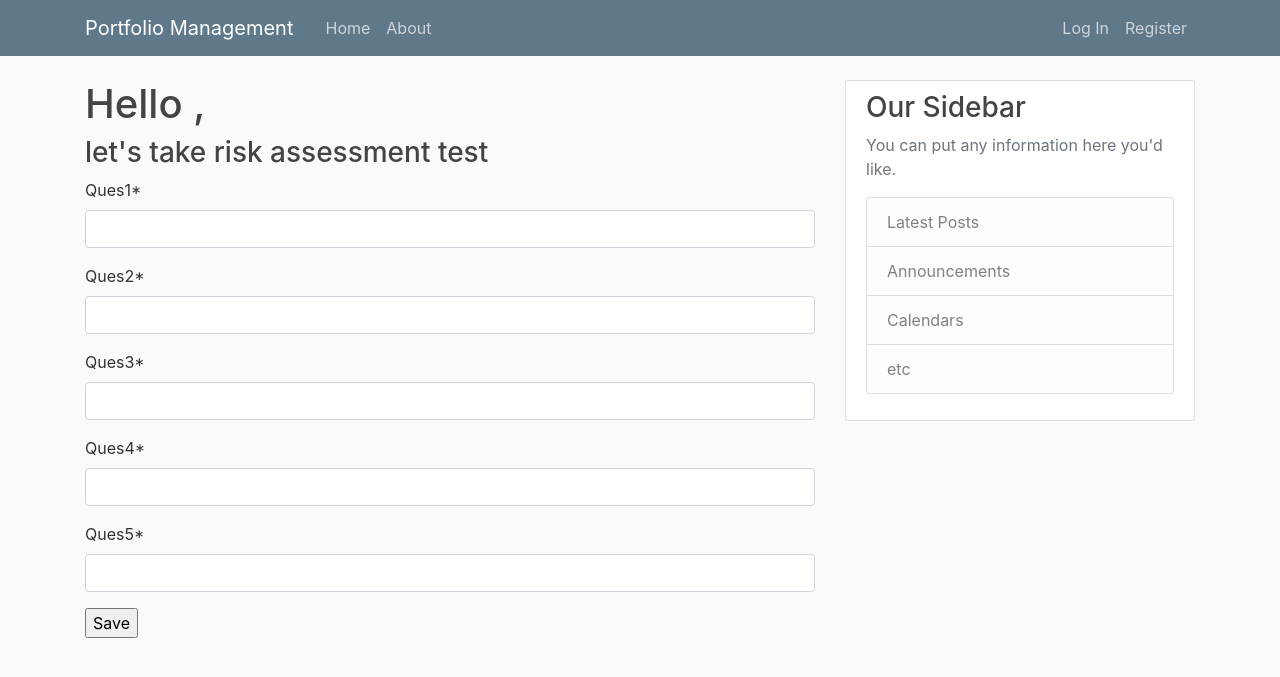
Repository: rahulsolankib/portfolio
Page: http://localhost/questions/
An editor plug-in stored every save of this project. The page is shown before and after a run of saves, followed by the edit.
The browser window is 1280 px wide. The pictures show the whole page.
The page is served by the project's application, run on Django 3.2 (manage.py).

Above is the page before, as saved 2020-10-19 23:57:33.

After the next 2 saves:
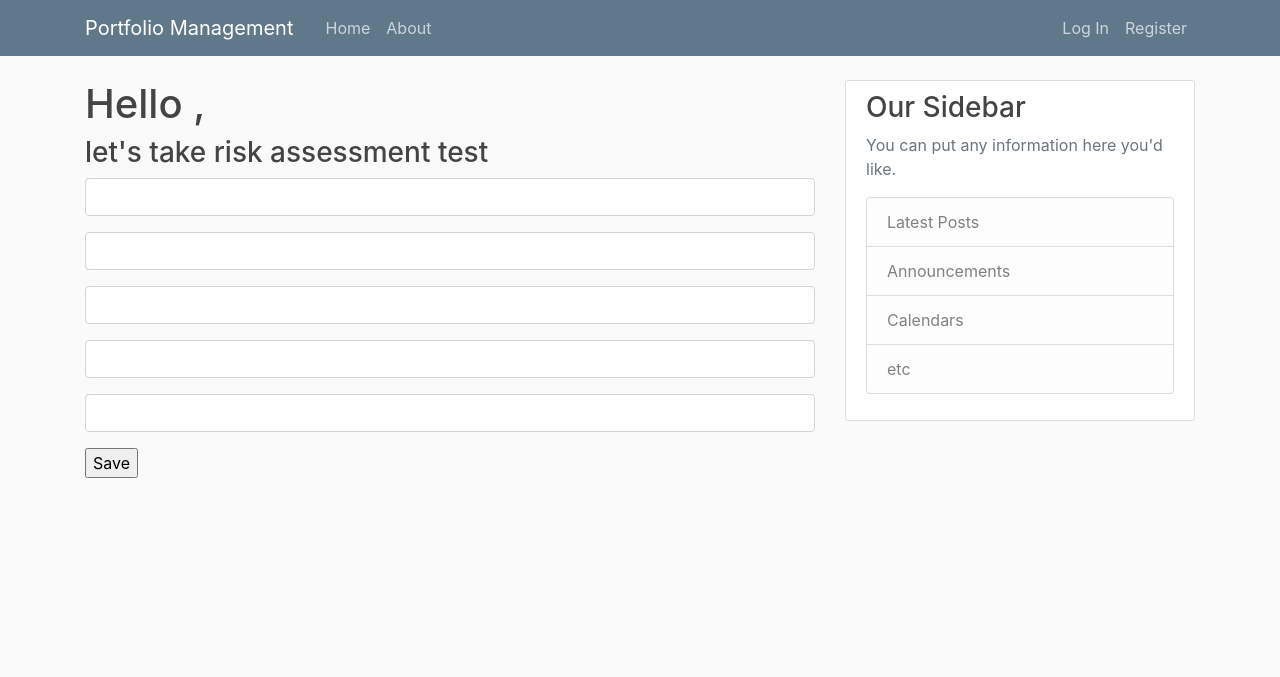
The 2 saves are shown as one change because they came seconds apart.
The last was saved 8 s later.
--- a/riskCalculator/views.py
+++ b/riskCalculator/views.py
@@ -4,7 +4,7 @@ from .forms import QueForm,RiskForm,QForm
 from .models import RiskModel
 
 def questions(request):
-    formRec = QueForm(request.POST or None)
+    formRec = QForm(request.POST or None)
     context = {
         'formRec': formRec
     }

After the save that followed:
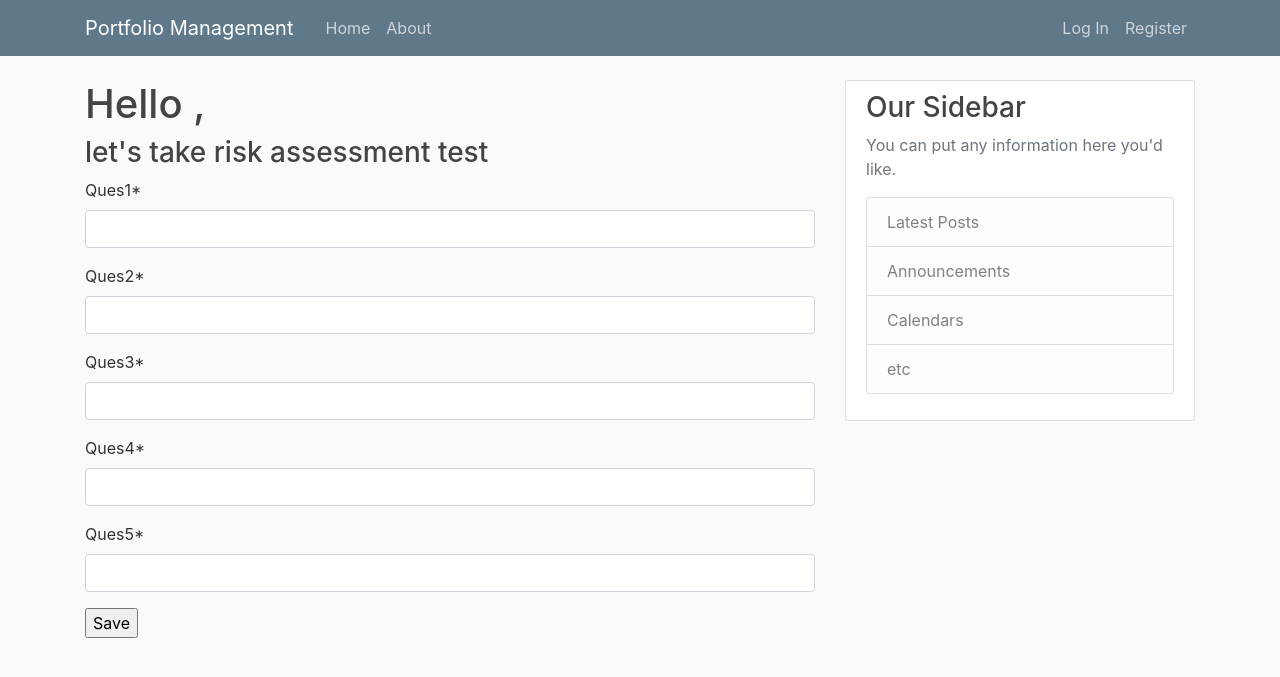
Saved 55 s later.
--- a/riskCalculator/forms.py
+++ b/riskCalculator/forms.py
@@ -4,11 +4,11 @@ from .models import Que,RiskModel
 
 
 class QForm(forms.Form):
-    ques1 = forms.CharField(label='')
-    ques2 = forms.CharField(label='')
-    ques3 = forms.CharField(label='')
-    ques4 = forms.CharField(label='')
-    ques5 = forms.CharField(label='')
+    ques1 = forms.CharField()
+    ques2 = forms.CharField()
+    ques3 = forms.CharField()
+    ques4 = forms.CharField()
+    ques5 = forms.CharField()
 
 
 class QueForm(forms.ModelForm):
